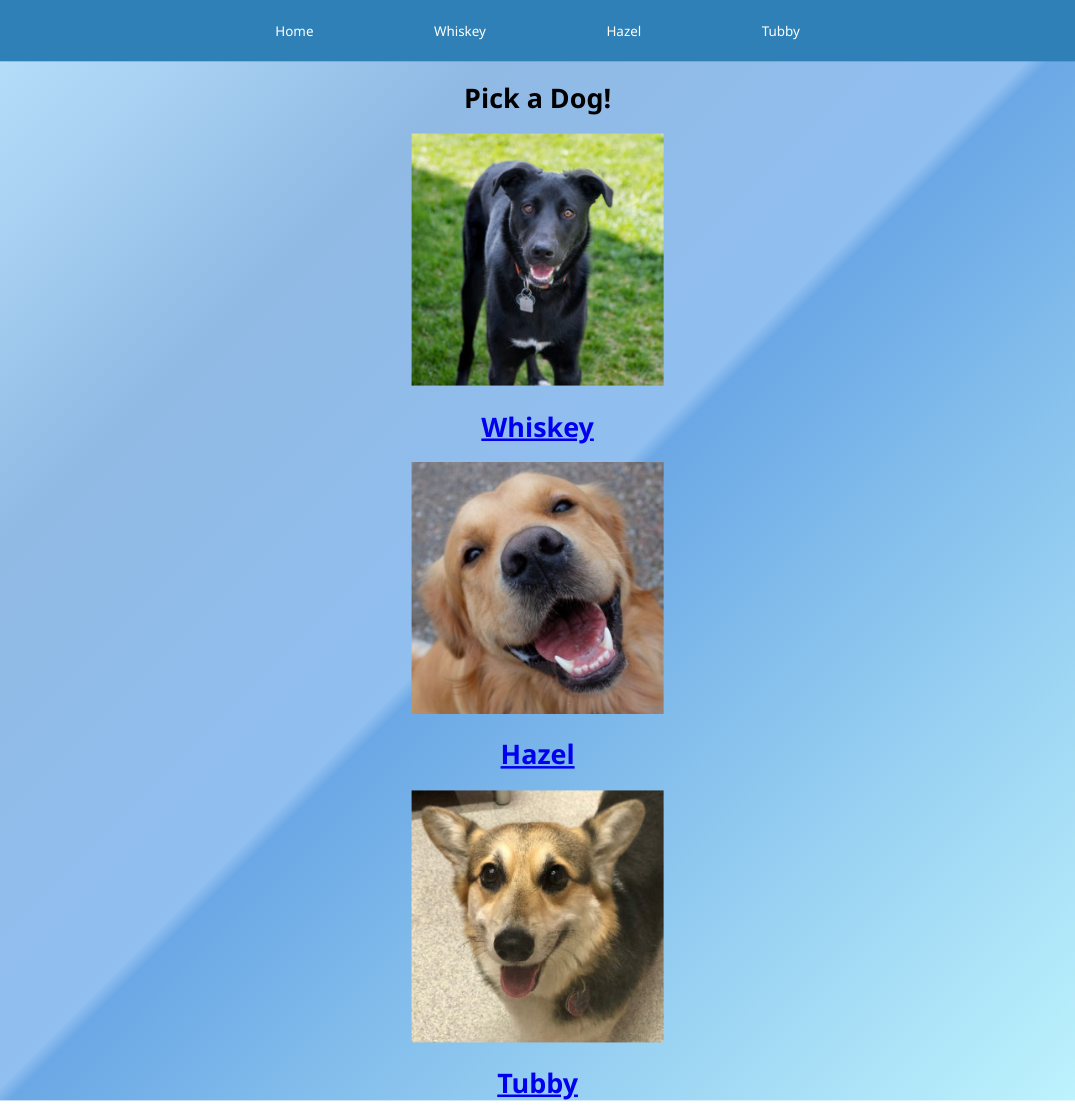
Repository: johnmutina/dog-finder
Page: /dogs
These files come from the project's save history. The page is drawn as it stood at one moment and after the next save; the edit follows.
The browser window is 1280 px wide. The pictures show the whole page, at 84% of full size.
The project was rebuilt for these pictures with package versions that can differ from the ones it lists, and the page was loaded fresh each time. Also part of the build but not shown: src/Dog.js.

Above is the page before, as saved 2019-07-28 15:08:42.

After the next save:
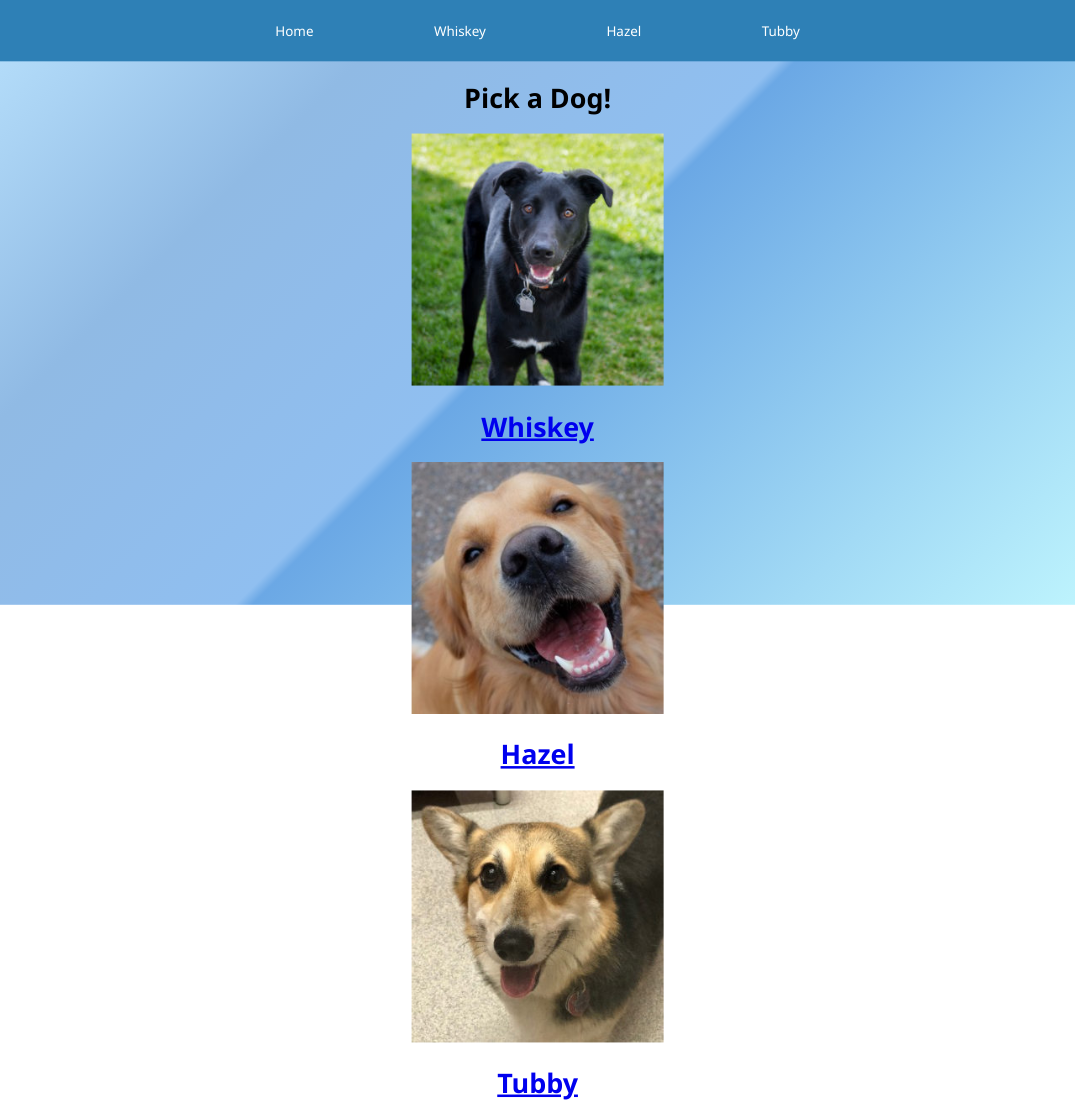
Saved 20 s later.
--- a/src/App.css
+++ b/src/App.css
@@ -3,6 +3,7 @@
 }
 
 .App {
+  height: 100vh;
   text-align: center;
   background: #b8e1fc; /* Old browsers */
   background: -moz-linear-gradient(

After the save that followed:
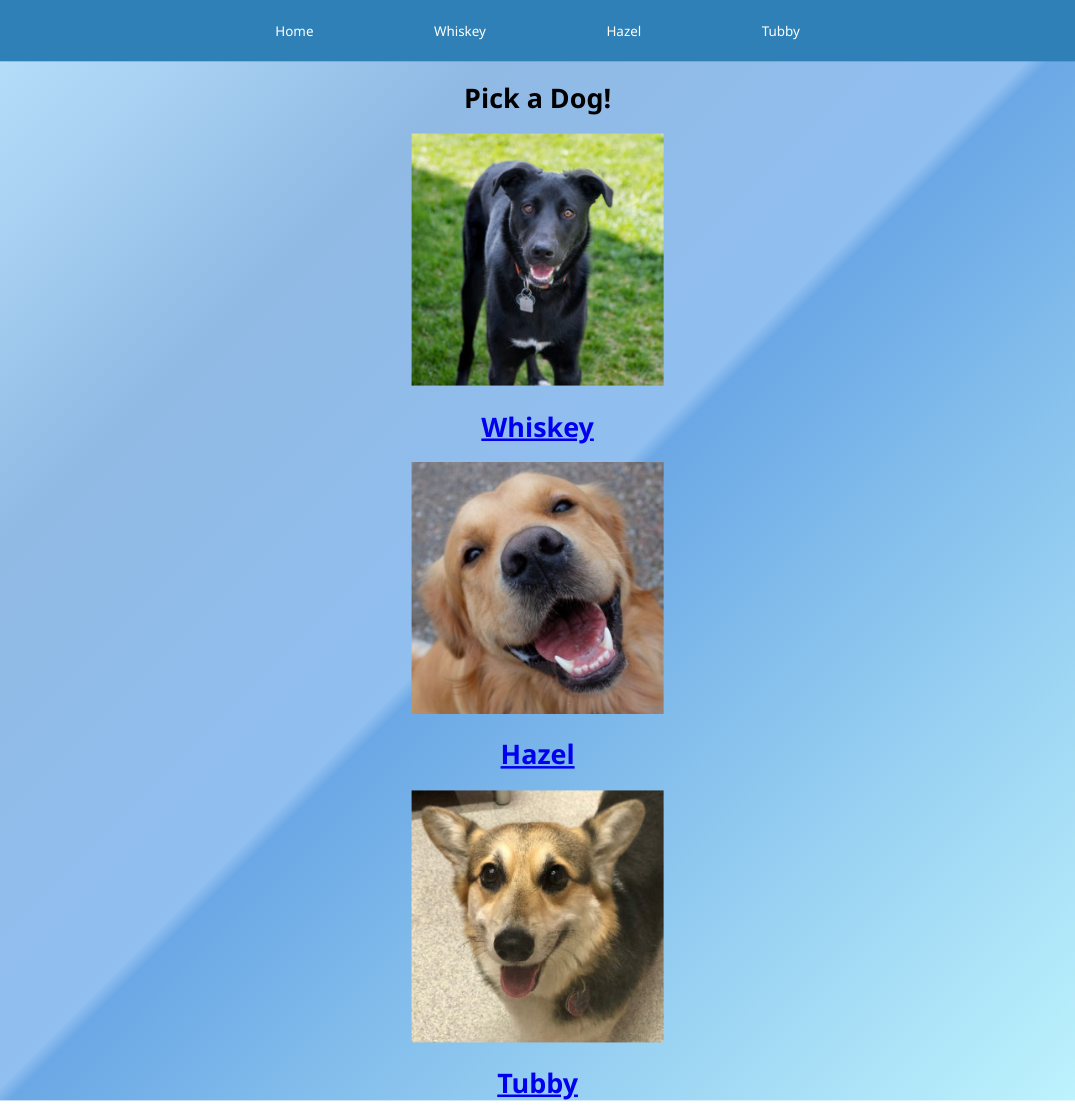
Saved 7 s later.
--- a/src/App.css
+++ b/src/App.css
@@ -3,7 +3,6 @@
 }
 
 .App {
-  height: 100vh;
   text-align: center;
   background: #b8e1fc; /* Old browsers */
   background: -moz-linear-gradient(
